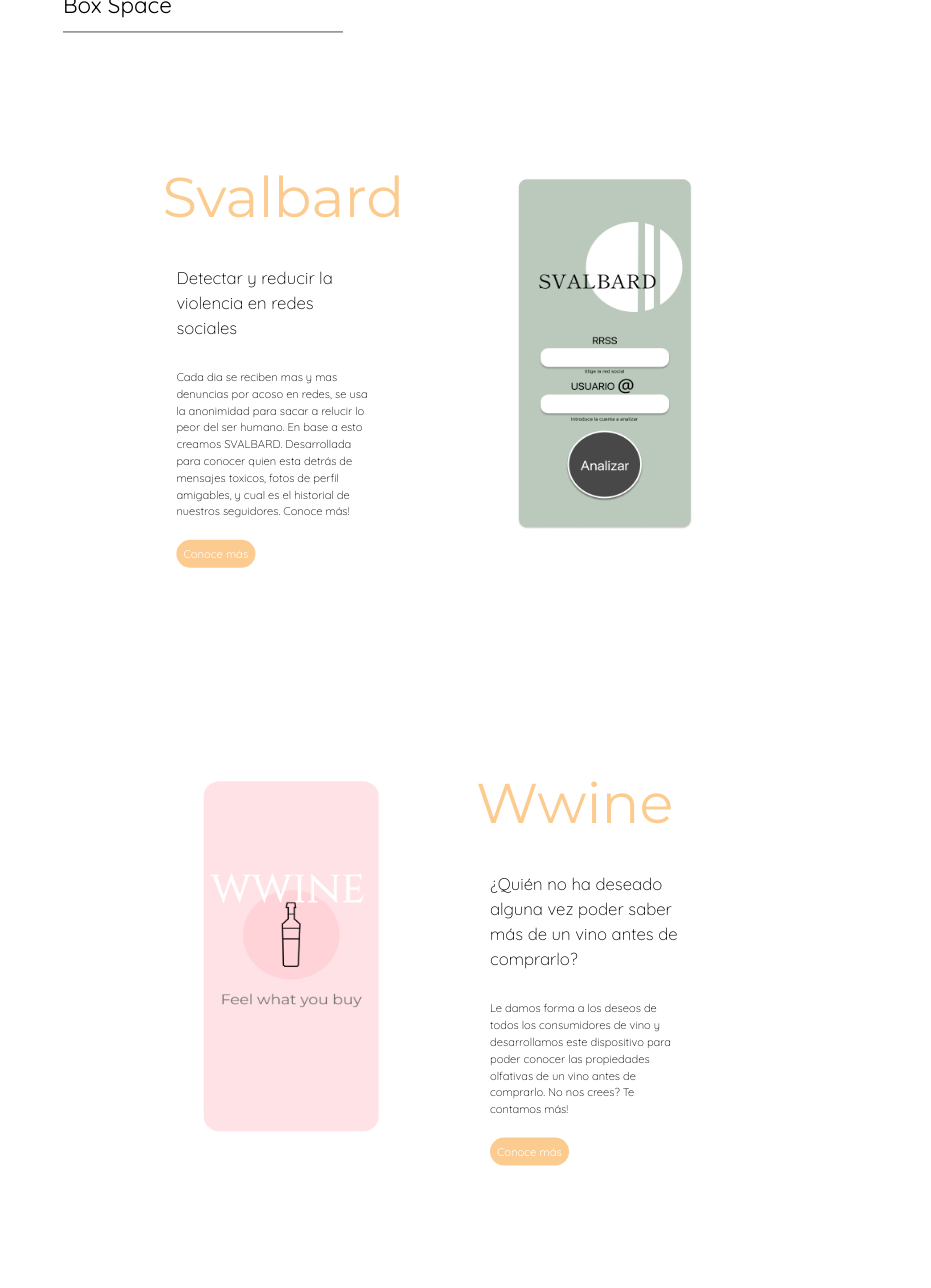
Repository: Marilyncabirta/portfolioHTML
Page: index.html
An editor plug-in stored every save of this project. The page is shown before and after the next save, followed by the edit.
The browser window is 1280 px wide. The page is 1330 px wide, so the pictures cover 1330 px, including what lies to the right of the window. The pictures show the part of the page from y = 1403 to 3243 px (the page is 5182 px tall), at 70% of full size.
Backgrounds fixed to the window are drawn as part of the page. Some web libraries are served in a nearby version.

Above is the page before, as saved 2022-12-16 12:14:40.

After the next save:
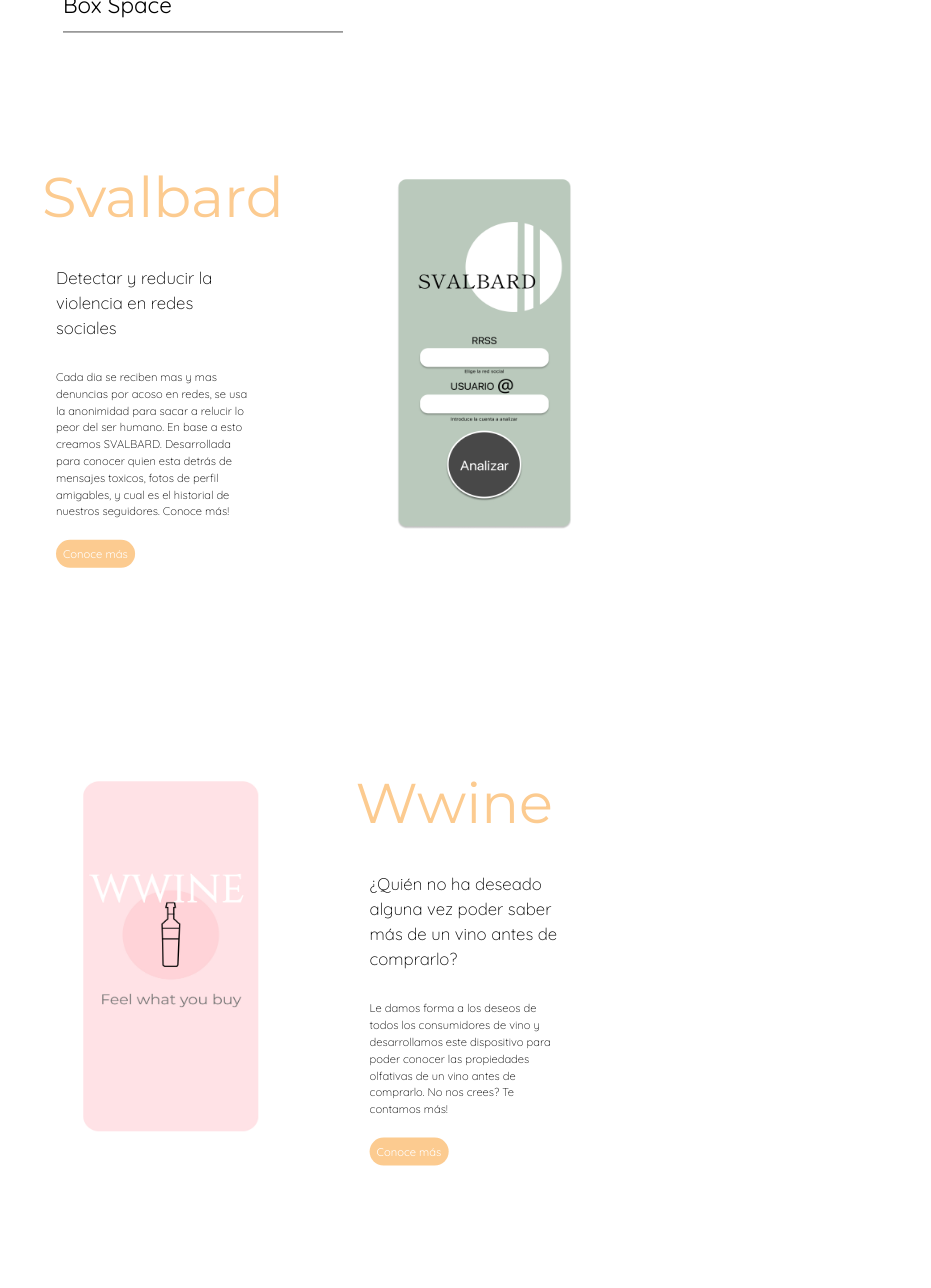
Saved 15 s later.
--- a/css/estilos.css
+++ b/css/estilos.css
@@ -200,7 +200,7 @@
     height: auto;
     display: grid;
     grid-template-columns: 1fr 1fr ;
-    margin: 60px auto;
+    margin: 60px 20px;
     background-color: var(--color-primary);
     align-items: center;
 

After the save that followed:
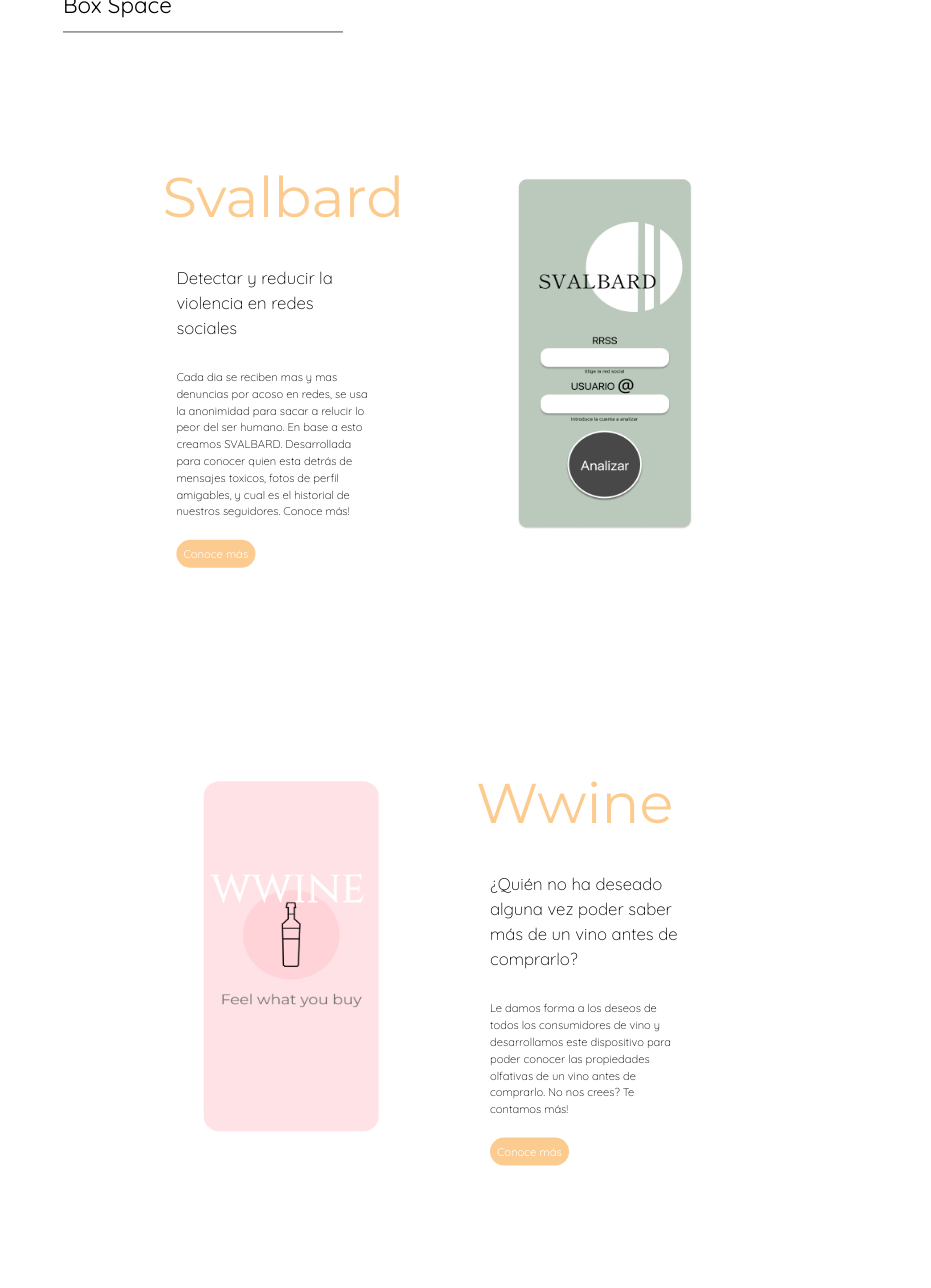
Saved 45 s later.
--- a/css/estilos.css
+++ b/css/estilos.css
@@ -200,7 +200,7 @@
     height: auto;
     display: grid;
     grid-template-columns: 1fr 1fr ;
-    margin: 60px 20px;
+    margin: 60px auto;
     background-color: var(--color-primary);
     align-items: center;
 
